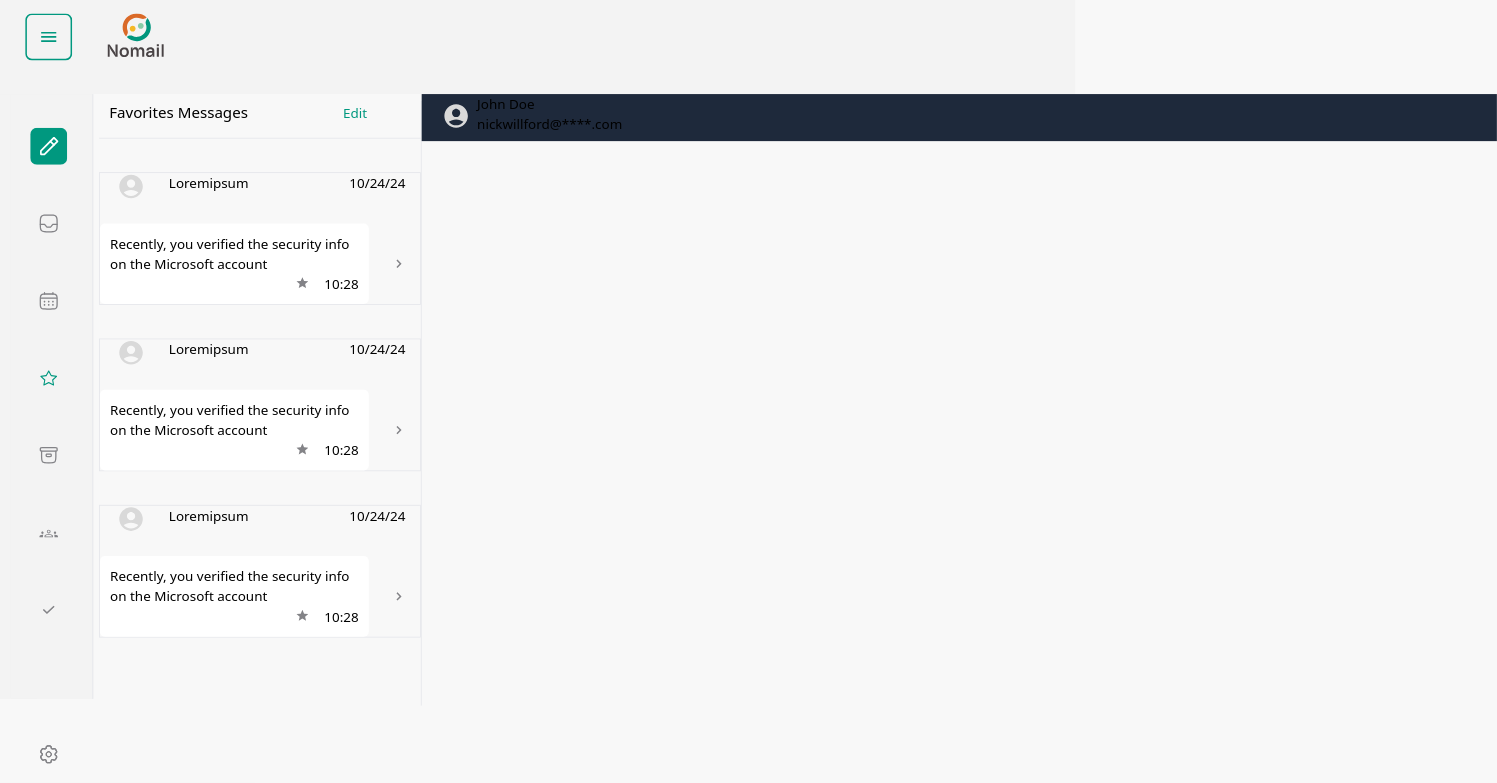
Repository: Tofigkh1/Nomail-Project
Page: /favorites (app in client/)
The author's editor kept a copy of each file at every save. The page is drawn from the files as they stood at one save, then again after the next save.
The browser window is 1280 px wide. The page is 1782 px wide, so the pictures cover 1782 px, including what lies to the right of the window. The pictures show the whole page, at 84% of full size.
The project was rebuilt for these pictures with package versions that can differ from the ones it lists, and the page was loaded fresh each time. The framework's server and built-in components were replaced by stand-ins that run in the browser. Also part of the build but not shown: client/next.config.mjs, client/components/shared/svg/FavoritesSvg.jsx, client/components/shared/svg/calendarActiveSvg.jsx, client/components/shared/client/CheckBox/index.tsx.

Above is the page before, as saved 2024-11-22 03:00:36.

### client/app/layout.tsx

import type { Metadata } from "next";
import localFont from "next/font/local";
import "./Styles/globals.css";


const geistSans = localFont({
  src: "./fonts/GeistVF.woff",
  variable: "--font-geist-sans",
  weight: "100 900",
});
const geistMono = localFont({
  src: "./fonts/GeistMonoVF.woff",
  variable: "--font-geist-mono",
  weight: "100 900",
});

export const metadata: Metadata = {
  title: "Create Next App",
  description: "Generated by create next app",
};

export default function RootLayout({
  children,
}: Readonly<{
  children: React.ReactNode;
}>) {
  return (
    <html lang="en">
      <body
        className={`${geistSans.variable} ${geistMono.variable} antialiased`}
      >
        {children}

      </body>
    </html>
  );
}

### client/app/Styles/globals.css
@tailwind base;
@tailwind components;
@tailwind utilities;

body{
  background-color: #f8f8f8;
}

.App {
  font-family: sans-serif;
  text-align: center;
}


:root {
  --background: #ffffff;
  --foreground: #171717;
}

@media (prefers-color-scheme: dark) {
  :root {
    --background: #0a0a0a;
    --foreground: #ededed;
  }
}


@layer utilities {
  .text-balance {
    text-wrap: balance;
  }
}

### client/components/shared/client/Header/header.tsx
'use client';
import { useContext } from "react";
import { SidebarContext } from '../SideBarMenu/sideBarMenu'; // Import context
import NomailLogo from "@/components/shared/svg/headerlLogoSvg";
import HamburgerBtnSvg from "../../svg/hamburgerBtnSvg"



export default function Header() {

    const { expanded, setExpanded } = useContext(SidebarContext); // Access context

    return (
        <div className="flex items-center justify-between p-4 bg-headerColor text-white">
            <div className='w-auto h-20 flex gap-14'>

                <div>
                    <button onClick={() => setExpanded(!expanded)}
                            className="pl-3.5  hover:bg-clientButtonGreen w-14 h-11">
                        <HamburgerBtnSvg/>
                    </button>
                </div>

                <div>
                    <NomailLogo/>
                </div>


            </div>
        </div>
    );
}

### client/components/shared/client/SideBarMenu/sideBarMenu.tsx
'use client';
import React, {  useContext, ReactNode } from "react";
// import { ChevronFirst, ChevronLast } from "lucide-react";


export const SidebarContext = React.createContext<{ expanded: boolean; setExpanded: (expanded: boolean) => void; }>({
    expanded: false,
    setExpanded: () => {},
});

// Sidebar component now depends on context for state
export default function Sidebar({ children }: { children: ReactNode }) {
    const { expanded } = useContext(SidebarContext);

    return (
        <aside className="h-screen bg-headerColor">
            <nav
                className={`h-full flex flex-col bg-headerColor border-r border-whiteLight3 transition-all duration-200 ease-in-out ml-3 ${expanded ? "w-[127%] h-[130%] " : "w-[99px]"}`}>

                <ul className=" flex-1 px-3">{children}</ul>
            </nav>
        </aside>
    );
}

// SidebarItem component for individual items inside the sidebar
type SidebarItemProps = {
    icon: ReactNode;   // Icon to display in the sidebar item
    text: string;      // Text to display in the sidebar item
    active: boolean;   // Boolean to determine if the item is active (highlighted)
    onClick: () => void; // Add onClick function to handle clicks
    style?: React.CSSProperties;
};

export function SidebarItem({icon, text, active, onClick,style}: SidebarItemProps) {
    const context = useContext(SidebarContext); // Sidebar context to manage expanded/collapsed state
    const {expanded} = context!;

    return (

        <li
            onClick={onClick} // Attach the click handler here
            style={style}
            className={`group relative flex items-center py-2 px-3 my-1 font-medium rounded-md cursor-pointer transition-colors mt-8
                ${
                  active
                    ? "text-mainRedLight" // Active item style
                    : expanded || active // Eğer expanded true ise hover stilini ekle
                    ? "hover:bg-textColorGreen"
                    : "" // Expanded değilse hover stili olmasın
                }`}
        >

            <span className="text-xl transition-all duration-300 ease-in-out">
        {icon}
      </span>

            {/* Text büyütüldü ve boşluk artırıldı */}
            {expanded && (
                <span className="ml-4 text-xl text-black transition-all duration-300 ease-in-out ">
          {text}
        </span>
            )}


            {!expanded && (
                <span
                    className={` absolute left-full whitespace-nowrap bg-textColorGreen text-white rounded-md py-1 px-2 transition-all duration-300 ease-in-out ml-2 opacity-0 group-hover:opacity-100`}
                >
          {text}
        </span>
            )}
        </li>
    );
}

### client/components/shared/svg/newMail.jsx
'use client'
export default function  newMail(){
    return(
        <>
            <svg width="44" height="44" viewBox="0 0 44 44" fill="none" xmlns="http://www.w3.org/2000/svg">
                <rect width="44" height="44" rx="8" fill="#00987F"/>
                <path fill-rule="evenodd" clip-rule="evenodd"
                      d="M27.5115 11.2439C27.902 10.8534 28.5351 10.8534 28.9257 11.2438L33.1687 15.4863C33.3562 15.6739 33.4616 15.9282 33.4616 16.1935C33.4616 16.4587 33.3562 16.7131 33.1687 16.9006L17.6122 32.4571C17.4247 32.6446 17.1703 32.75 16.9051 32.75H12.6626C12.1103 32.75 11.6626 32.3023 11.6626 31.75V27.5075C11.6626 27.2423 11.768 26.9879 11.9555 26.8004L27.5115 11.2439ZM28.2187 13.3652L13.6626 27.9217V30.75H16.4909L31.0473 16.1935L28.2187 13.3652Z"
                      fill="white"/>
                <path fill-rule="evenodd" clip-rule="evenodd"
                      d="M23.269 15.4864C23.6595 15.0959 24.2927 15.0959 24.6832 15.4864L28.9257 19.7289C29.3162 20.1194 29.3162 20.7526 28.9257 21.1431C28.5352 21.5336 27.902 21.5336 27.5115 21.1431L23.269 16.9006C22.8784 16.5101 22.8784 15.8769 23.269 15.4864Z"
                      fill="white"/>
            </svg>


        </>
    )
}

### client/components/shared/svg/ArchiveSvg.jsx
'use client'
export default function archiveSvg(){
    return(
        <>
            <svg width="44" height="44" viewBox="0 0 44 44" fill="none" xmlns="http://www.w3.org/2000/svg">
                <path
                    d="M19 22C19 21.534 19 21.301 19.076 21.117C19.1777 20.8725 19.3723 20.6783 19.617 20.577C19.801 20.5 20.034 20.5 20.5 20.5H23.5C23.966 20.5 24.199 20.5 24.383 20.576C24.6275 20.6777 24.8217 20.8723 24.923 21.117C25 21.301 25 21.534 25 22C25 22.466 25 22.699 24.924 22.883C24.8223 23.1275 24.6277 23.3217 24.383 23.423C24.199 23.5 23.966 23.5 23.5 23.5H20.5C20.034 23.5 19.801 23.5 19.617 23.424C19.3725 23.3223 19.1783 23.1277 19.077 22.883C19 22.699 19 22.466 19 22Z"
                    stroke="#A4A4A9" stroke-width="1.5"/>
                <path
                    d="M19 22C19 21.534 19 21.301 19.076 21.117C19.1777 20.8725 19.3723 20.6783 19.617 20.577C19.801 20.5 20.034 20.5 20.5 20.5H23.5C23.966 20.5 24.199 20.5 24.383 20.576C24.6275 20.6777 24.8217 20.8723 24.923 21.117C25 21.301 25 21.534 25 22C25 22.466 25 22.699 24.924 22.883C24.8223 23.1275 24.6277 23.3217 24.383 23.423C24.199 23.5 23.966 23.5 23.5 23.5H20.5C20.034 23.5 19.801 23.5 19.617 23.424C19.3725 23.3223 19.1783 23.1277 19.077 22.883C19 22.699 19 22.466 19 22Z"
                    stroke="black" stroke-opacity="0.2" stroke-width="1.5"/>
                <path
                    d="M30.5 17V23C30.5 26.771 30.5 28.657 29.328 29.828C28.157 31 26.271 31 22.5 31H21.5C17.729 31 15.843 31 14.672 29.828C13.5 28.657 13.5 26.771 13.5 23V17"
                    stroke="#A4A4A9" stroke-width="1.5" stroke-linecap="round"/>
                <path
                    d="M30.5 17V23C30.5 26.771 30.5 28.657 29.328 29.828C28.157 31 26.271 31 22.5 31H21.5C17.729 31 15.843 31 14.672 29.828C13.5 28.657 13.5 26.771 13.5 23V17"
                    stroke="black" stroke-opacity="0.2" stroke-width="1.5" stroke-linecap="round"/>
                <path
                    d="M12 15C12 14.057 12 13.586 12.293 13.293C12.586 13 13.057 13 14 13H30C30.943 13 31.414 13 31.707 13.293C32 13.586 32 14.057 32 15C32 15.943 32 16.414 31.707 16.707C31.414 17 30.943 17 30 17H14C13.057 17 12.586 17 12.293 16.707C12 16.414 12 15.943 12 15Z"
                    stroke="#A4A4A9" stroke-width="1.5"/>
                <path
                    d="M12 15C12 14.057 12 13.586 12.293 13.293C12.586 13 13.057 13 14 13H30C30.943 13 31.414 13 31.707 13.293C32 13.586 32 14.057 32 15C32 15.943 32 16.414 31.707 16.707C31.414 17 30.943 17 30 17H14C13.057 17 12.586 17 12.293 16.707C12 16.414 12 15.943 12 15Z"
                    stroke="black" stroke-opacity="0.2" stroke-width="1.5"/>
            </svg>

        </>
    )
}

### client/components/shared/svg/TodoSvg.jsx
'use client'
export default function  todoSvg(){
    return(
        <>
            <svg width="44" height="44" viewBox="0 0 44 44" fill="none" xmlns="http://www.w3.org/2000/svg">
                <path d="M19.8957 27L15 22.2599L16.2239 21.0748L19.8957 24.6299L27.7761 17L29 18.185L19.8957 27Z"
                      fill="#A4A4A9"/>
                <path d="M19.8957 27L15 22.2599L16.2239 21.0748L19.8957 24.6299L27.7761 17L29 18.185L19.8957 27Z"
                      fill="black" fill-opacity="0.2"/>
            </svg>

        </>
    )
}

### client/components/shared/svg/FavoritesActiveSvg.jsx
'use client'
export default function  favoritesActiveSvg(){
    return(
        <>
        <svg width="44" height="44" viewBox="0 0 44 44" fill="none" xmlns="http://www.w3.org/2000/svg">
<path d="M15.5808 30.2201C15.4833 30.7528 16.0307 31.1692 16.5132 30.9316L22.0006 28.2246L27.4868 30.9316C27.9693 31.1692 28.5168 30.7528 28.4193 30.2213L27.3818 24.5457L31.7842 20.5188C32.1967 20.142 31.9842 19.4533 31.4317 19.3789L25.3093 18.5438L22.5794 13.3517C22.5274 13.2465 22.4453 13.1576 22.3428 13.0953C22.2402 13.0331 22.1214 13 22 13C21.8787 13 21.7598 13.0331 21.6573 13.0953C21.5547 13.1576 21.4727 13.2465 21.4206 13.3517L18.6907 18.545L12.5683 19.3801C12.0171 19.4545 11.8033 20.1432 12.2146 20.52L16.6182 24.5469L15.5808 30.2225V30.2201ZM21.7119 26.8999L17.1045 29.1725L17.972 24.4245C17.9928 24.3152 17.9852 24.2026 17.9496 24.0969C17.914 23.9911 17.8517 23.8955 17.7682 23.8185L14.1358 20.4948L19.2007 19.8037C19.3054 19.788 19.4046 19.7484 19.4901 19.6883C19.5756 19.6281 19.6448 19.5492 19.6919 19.4581L21.9981 15.0688L24.3068 19.4581C24.354 19.5492 24.4232 19.6281 24.5086 19.6883C24.5941 19.7484 24.6934 19.788 24.7981 19.8037L29.863 20.4936L26.2306 23.8173C26.1469 23.8944 26.0844 23.9903 26.0488 24.0962C26.0133 24.2022 26.0057 24.315 26.0268 24.4245L26.8943 29.1725L22.2869 26.8999C22.1979 26.8555 22.0991 26.8324 21.9988 26.8324C21.8985 26.8324 21.8009 26.8555 21.7119 26.8999Z" fill="#00987F"/>
</svg>



        </>
    )
}

### client/components/shared/client/FavoritesMessage/index.tsx
// import CheckboxComponent from "../CheckBox";
// import SearchIconSvg from "../../svg/SearchIconSvg";
import ProfileSvg from "../../../../components/shared/svg/ProfileSvg"
import MessageArrovSvg from "../../../../components/shared/svg/MessageArrovSvg"
import { useState } from "react";
import CheckboxComponent from "../CheckBox";
import StarSvg from "../../../../components/shared/svg/starSvg"


export default function FavoritesMessage() {
    const [editMode, setEditMode] = useState(false);

    const handleEditClick = () => {
        setEditMode(!editMode);
    };
    return (
        <>
            <div className='w-96 h-screen border-r border-whiteLight3 '>







                <div className='flex text-textColGreen font-medium justify-between mt-2'>
                <h1 className="text-black ml-3 text-lg">Favorites Messages</h1>
                <button className={ editMode? 'mr-12 bg-gray-400 rounded-lg w-16 h-8 text-white': 'mr-16' } onClick={handleEditClick}>
                            {editMode ? "Done" : "Edit"}
                        </button>
                </div>
                <div className="border-b border-whiteLight3 mt-4 w-full"></div>
                {[...Array(3)].map((_, index) => (
                        <div key={index}>
                <div className=" border border-r border-whiteLight3 mt-10">
                {editMode && <CheckboxComponent />}
                    <div className=" flex gap-36 ml-3">



                <div className=" flex gap-5">
                <ProfileSvg/>
                <div className=" flex">
                <h1>Lorem</h1>
                <h1>ipsum</h1>
                </div>


                </div>

                <div>
                <h1 className=" -ml-6">10/24/24</h1>
                </div>

                </div>


<div className=" mt-7 flex items-center ">
                <div className="  bg-white rounded-md w-80 h-24 p-3">
                    <p>Recently, you verified the security info on the Microsoft account </p>
                    <div className=" flex justify-end right-0 ml-7 gap-4">
                    <StarSvg/>
                    <h1>10:28</h1>
                    </div>



                </div>

                <div className="ml-5">
                    <MessageArrovSvg/>
                </div>

                </div>
                </div>
</div>
  ))}

                {/* <div className=" border border-whiteLight3 w-full pt-7 mt-5">

<div className=" flex gap-36 ml-3">



<div className=" flex gap-5">
<ProfileSvg/>
<h1>Lorem Ipsum</h1>

</div>

<div>
<h1 className="">10/24/24</h1>
</div>

</div>


<div className=" mt-7 flex items-center ">
<div className="  bg-white rounded-md w-80 h-24 p-3">
<p>Recently, you verified the security info on the Microsoft account </p>
</div>

<div className="ml-5">
<MessageArrovSvg/>
</div>

</div>
</div>


<div className=" border border-whiteLight3 w-full pt-7 mt-5">

<div className=" flex gap-36 ml-3">



<div className=" flex gap-5">
<ProfileSvg/>
<h1>Lorem Ipsum</h1>

</div>

<div>
<h1 className="">10/24/24</h1>
</div>

</div>


<div className=" mt-7 flex items-center ">
<div className="  bg-white rounded-md w-80 h-24 p-3">
<p>Recently, you verified the security info on the Microsoft account </p>
</div>

<div className="ml-5">
<MessageArrovSvg/>
</div>

</div>
</div> */}

            </div>
        </>
    );
}

### client/components/shared/client/messagesView/index.tsx
"use client";

import ProfileSvg from "../../svg/ProfileSvg";


export default function MessagesView() {



    return(

        <div>

        <header>
            <div className=" top-0 w-screen h-14 bg-slate-800">

                <div className=" flex">


                <div className=" pt-2.5 ml-4">
                <ProfileSvg/>
                </div>
                <div className=" text">
                    <h1>John Doe</h1>
                    <h1>nickwillford@****.com</h1>
                </div>
                </div>

            </div>
        </header>


        </div>

    )

}

### client/components/shared/svg/hamburgerBtnSvg.jsx
'use client'
export default function  HamburgerBtnSvg(){
    return(
        <>
            <svg width="56" height="56" viewBox="0 0 56 56" fill="none" xmlns="http://www.w3.org/2000/svg">
                <rect x="1" y="1" width="54" height="54" rx="7" stroke="#00987F" stroke-width="2"/>
                <path d="M19 22H37V24H19V22ZM19 27H37V29H19V27ZM19 32H37V34H19V32Z" fill="#00987F"/>
            </svg>


        </>
    )
}

### client/components/shared/svg/ProfileSvg.jsx
'use client'
export default function  ProfileSvg(){
    return(
        <>


            <svg width="50" height="32" viewBox="0 0 32 32" fill="none" xmlns="http://www.w3.org/2000/svg">
<g clip-path="url(#clip0_1904_19120)">
<path fill-rule="evenodd" clip-rule="evenodd" d="M16 2C8.2678 2 2 8.2678 2 16C2 23.7322 8.2678 30 16 30C23.7322 30 30 23.7322 30 16C30 8.2678 23.7322 2 16 2ZM11.1 12.5C11.1 11.8565 11.2267 11.2193 11.473 10.6249C11.7192 10.0304 12.0802 9.49018 12.5352 9.03518C12.9902 8.58017 13.5304 8.21924 14.1249 7.97299C14.7193 7.72674 15.3565 7.6 16 7.6C16.6435 7.6 17.2807 7.72674 17.8751 7.97299C18.4696 8.21924 19.0098 8.58017 19.4648 9.03518C19.9198 9.49018 20.2808 10.0304 20.527 10.6249C20.7733 11.2193 20.9 11.8565 20.9 12.5C20.9 13.7996 20.3838 15.0459 19.4648 15.9648C18.5459 16.8838 17.2996 17.4 16 17.4C14.7004 17.4 13.4541 16.8838 12.5352 15.9648C11.6162 15.0459 11.1 13.7996 11.1 12.5ZM24.7612 22.9776C23.7129 24.2955 22.3805 25.3597 20.8635 26.0908C19.3465 26.8219 17.684 27.2011 16 27.2C14.316 27.2011 12.6535 26.8219 11.1365 26.0908C9.61949 25.3597 8.28713 24.2955 7.2388 22.9776C9.5082 21.3494 12.605 20.2 16 20.2C19.395 20.2 22.4918 21.3494 24.7612 22.9776Z" fill="#D9D9D9"/>
</g>
<defs>
<clipPath id="clip0_1904_19120">
<rect width="32" height="32" fill="white"/>
</clipPath>
</defs>
</svg>


        </>
    )
}

### client/components/shared/svg/MessageArrovSvg.jsx
'use client'
export default function  MessageArrovSvg(){
    return(
        <>




            <svg width="32" height="32" viewBox="0 0 32 32" fill="none" xmlns="http://www.w3.org/2000/svg">
<path fill-rule="evenodd" clip-rule="evenodd" d="M14.2 11L19 16L14.2 21L13 19.75L16.6 16L13 12.25L14.2 11Z" fill="#A4A4A9"/>
<path fill-rule="evenodd" clip-rule="evenodd" d="M14.2 11L19 16L14.2 21L13 19.75L16.6 16L13 12.25L14.2 11Z" fill="black" fill-opacity="0.2"/>
</svg>

        </>
    )
}

### client/components/shared/svg/starSvg.jsx
'use client'
export default function  starSvg(){
    return(
        <>




<svg width="20" height="20" viewBox="0 0 20 20" fill="none" xmlns="http://www.w3.org/2000/svg">
<path d="M5.6775 17L6.815 12.1934L3 8.96053L8.04 8.53289L10 4L11.96 8.53289L17 8.96053L13.185 12.1934L14.3225 17L10 14.4513L5.6775 17Z" fill="#A4A4A9"/>
<path d="M5.6775 17L6.815 12.1934L3 8.96053L8.04 8.53289L10 4L11.96 8.53289L17 8.96053L13.185 12.1934L14.3225 17L10 14.4513L5.6775 17Z" fill="black" fill-opacity="0.2"/>
</svg>

        </>
    )
}

### client/tailwind.config.ts
import type { Config } from "tailwindcss";

const config: Config = {
  content: [
    "./pages/**/*.{js,ts,jsx,tsx,mdx}",
    "./components/**/*.{js,ts,jsx,tsx,mdx}",
    "./app/**/*.{js,ts,jsx,tsx,mdx}",
  ],
  theme: {
    extend: {
      colors: {
        background: "var(--background)",
        foreground: "var(--foreground)",
        headerColor: "#F3F3F3",
        textColorGreen: "#00987F",
        textGray: "#A4A4A9",
        sideBarColor: "#E5E5E5",
        textColGreen: "#00987F",
        bordersColor: "#D1D1D6"
      },
    },
  },
  plugins: [],
};
export default config;

Loaded but not shown: client/components/shared/svg/settingSvg.jsx (25 lines, source omitted); client/components/shared/svg/calendarSvg.jsx (31 lines, source omitted); client/components/shared/svg/InboxSvg.jsx (17 lines, source omitted); client/components/shared/svg/groupSvg.jsx (17 lines, source omitted); client/app/favorites/page.tsx (120 lines, source omitted); client/components/shared/svg/headerlLogoSvg.jsx (38 lines, source omitted)

After the next save:
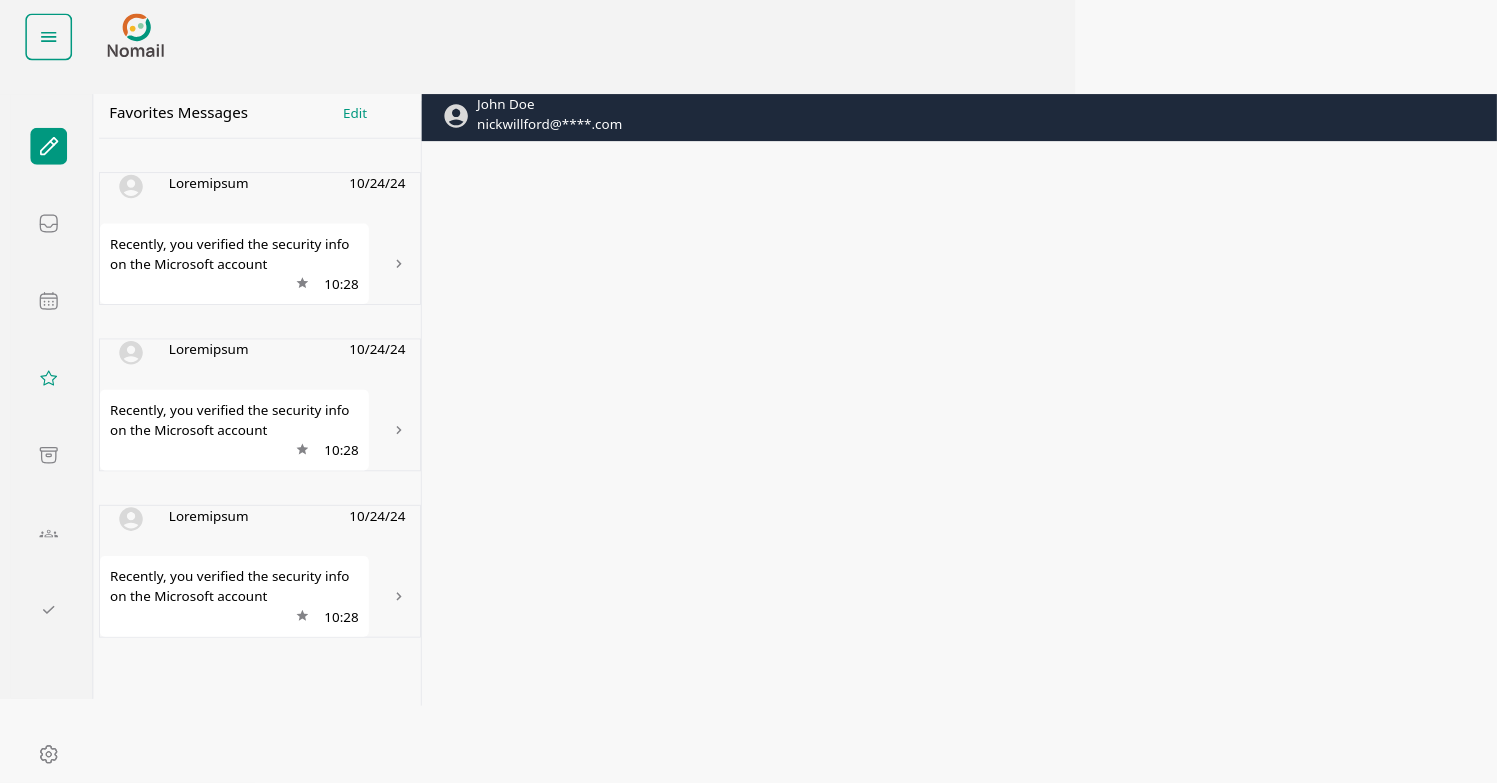
Saved 4 s later.
--- a/client/components/shared/client/messagesView/index.tsx
+++ b/client/components/shared/client/messagesView/index.tsx
@@ -20,7 +20,7 @@ export default function MessagesView() {
                 <div className=" pt-2.5 ml-4">
                 <ProfileSvg/>
                 </div>
-                <div className=" text">
+                <div className=" text-white">
                     <h1>John Doe</h1>
                     <h1>nickwillford@****.com</h1>
                 </div>
